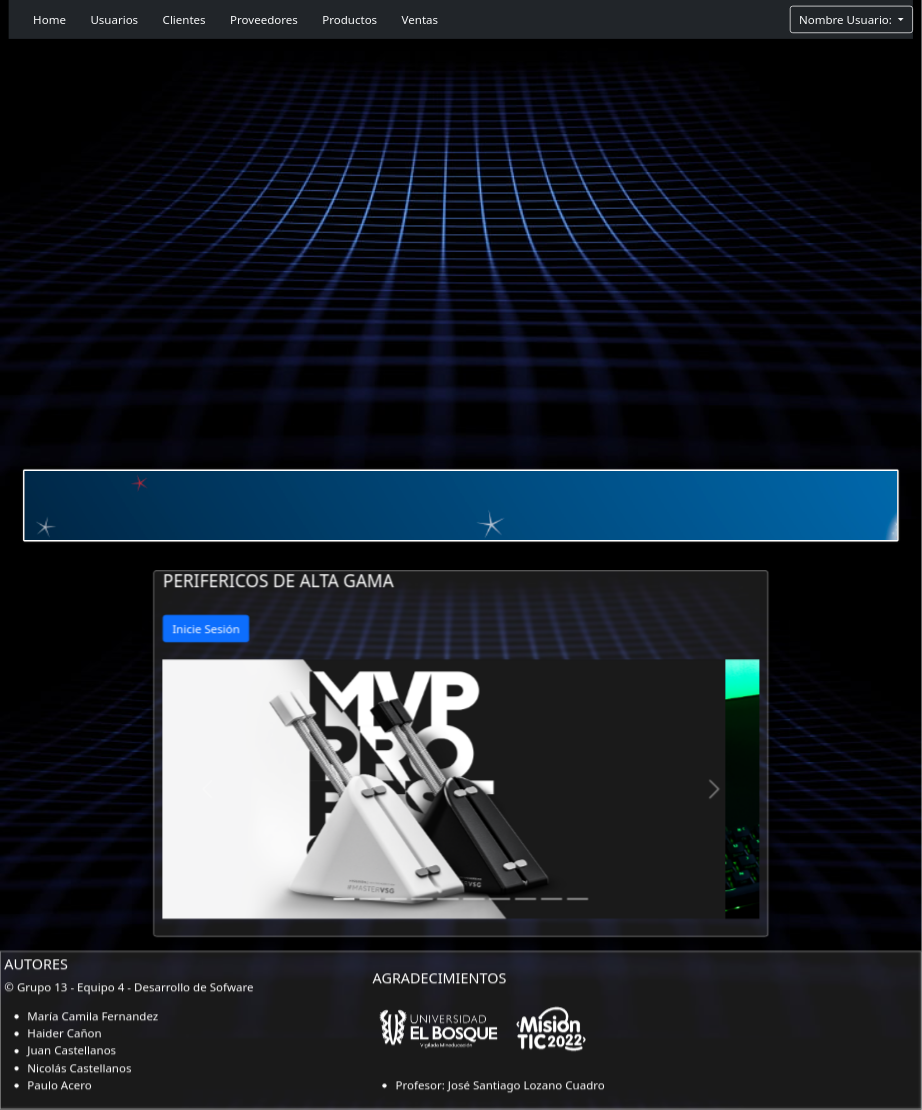
Repository: Grupo13E4/Tienda_Cypher
Page: http://localhost/Ciclo3demo/Principal.jsp
These files come from the project's save history. The page is drawn as it stood at one moment and after the next save; the edit follows.
The browser window is 1280 px wide. The pictures show the whole page, at 72% of full size.
Backgrounds fixed to the window are drawn as part of the page. The page is served by Tomcat 9. The template is opened directly, without the code that normally fills it, so the values that code supplies are empty.

Above is the page before, as saved 2021-09-23 16:42:40.

After the next save:
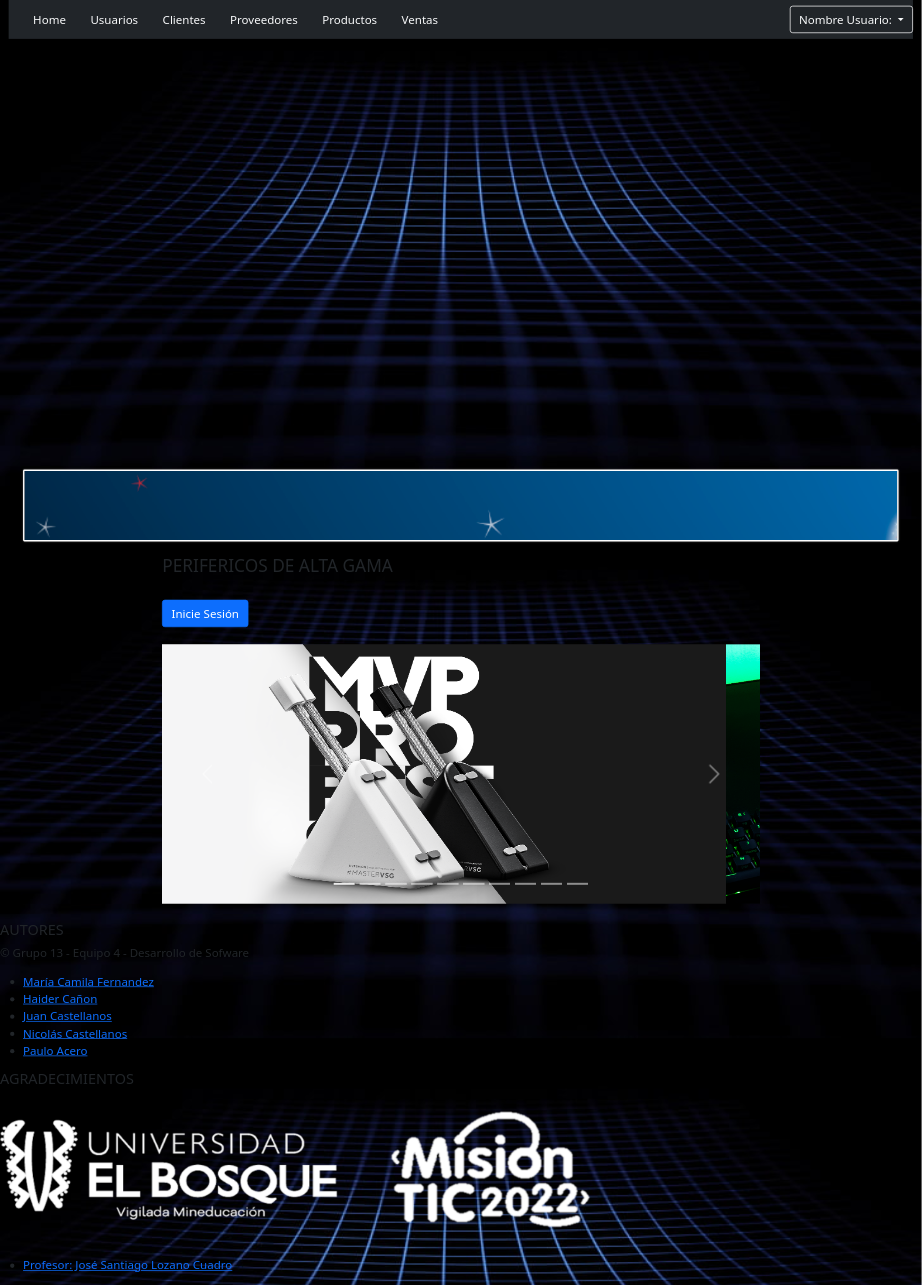
Saved 3 min 21 s later.
--- a/Ciclo3demo/src/main/webapp/cssPrincipal.css
+++ b/Ciclo3demo/src/main/webapp/cssPrincipal.css
@@ -6,66 +6,6 @@
     background: url(img/wallpaper1.jpg);
     background-size: cover;
     background-attachment: fixed;
-}
-
-.container{
-	margin-top: 40px;
-	background-color: rgba(255, 255, 255, 0.1);
-	backdrop-filter: blur(2px);
-	border: solid 1px rgba(255, 255, 255, 0.5);
-	border-radius: 5px;
-	box-shadow: 0px 10px 20px 5px rgba(0, 0, 0, 0.8);
-	color: white;
-}
-
-.form {
-	background-color: rgba(0, 0, 0, 0.2);
-	box-shadow: 0px 10px 20px 5px rgba(0, 0, 0, 0.1);
-}
-
-
-.form:focus {
-	background-color: rgba(0, 0, 0, 0.5);
-	box-shadow: 0px 10px 20px 5px rgba(0, 0, 0, 0.2);
-	color: white;
-}
-
-h3 {
-    text-align: center;
-    font-size: 38px;
-    text-transform: uppercase;
-    letter-spacing: 2px;
-    margin-top: 5px;
-    text-shadow: 0px 1px 2px #333333;
-    transition: all 400ms;
-    animation: bounce;
-    animation-duration: 5s;
-}
-
-h3:hover {
-    text-shadow: 0px 2px 3px #333333, 0px 0px 10px #abfc03;
-}
-
-h3 {
-	color: #ffffff;
-}
-
-label {
-    text-align: center;
-    font-size: 15px;
-    text-transform: uppercase;
-    letter-spacing: 2px;
-    margin-top: 30px;
-    text-shadow: 0px 1px 2px #333333;
-    transition: all 400ms;
-}
-
-label:hover {
-    text-shadow: 0px 2px 3px #333333, 0px 0px 10px #abfc03;
-}
-
-label {
-	color: #ffffff;
 }
 
 /*Banner*/
@@ -130,46 +70,3 @@
         opacity: 1;
     }
 }
-
-.footer{
-	width: 100%;
-	margin-top: 20px;
-	padding: 5px;
-	background-color: rgba(255, 255, 255, 0.1);
-	backdrop-filter: blur(2px);
-	border: solid 1px rgba(255, 255, 255, 0.5);
-	color: white;
-
-}
-
-.autores {
-	float: none;
-	display: inline-block;
-	width: 40%;
-}
-
-.agra {
-	float: none;
-	display: inline-block;
-	width: 40%;
-}
-
-.footer img{
-	width: 300px;
-	height: 80px;
-	margin: 10px;
-	animation: zoomInUp;
-    animation-duration: 4s;
-}
-
-.footer a {
-    text-decoration: none;
-    color: white;
-    transition: all 300ms;
-}
-
-.footer ul li:hover a {
-    padding-left: 30px;
-    color: #37bcf9;
-    width: 100%;
-}
